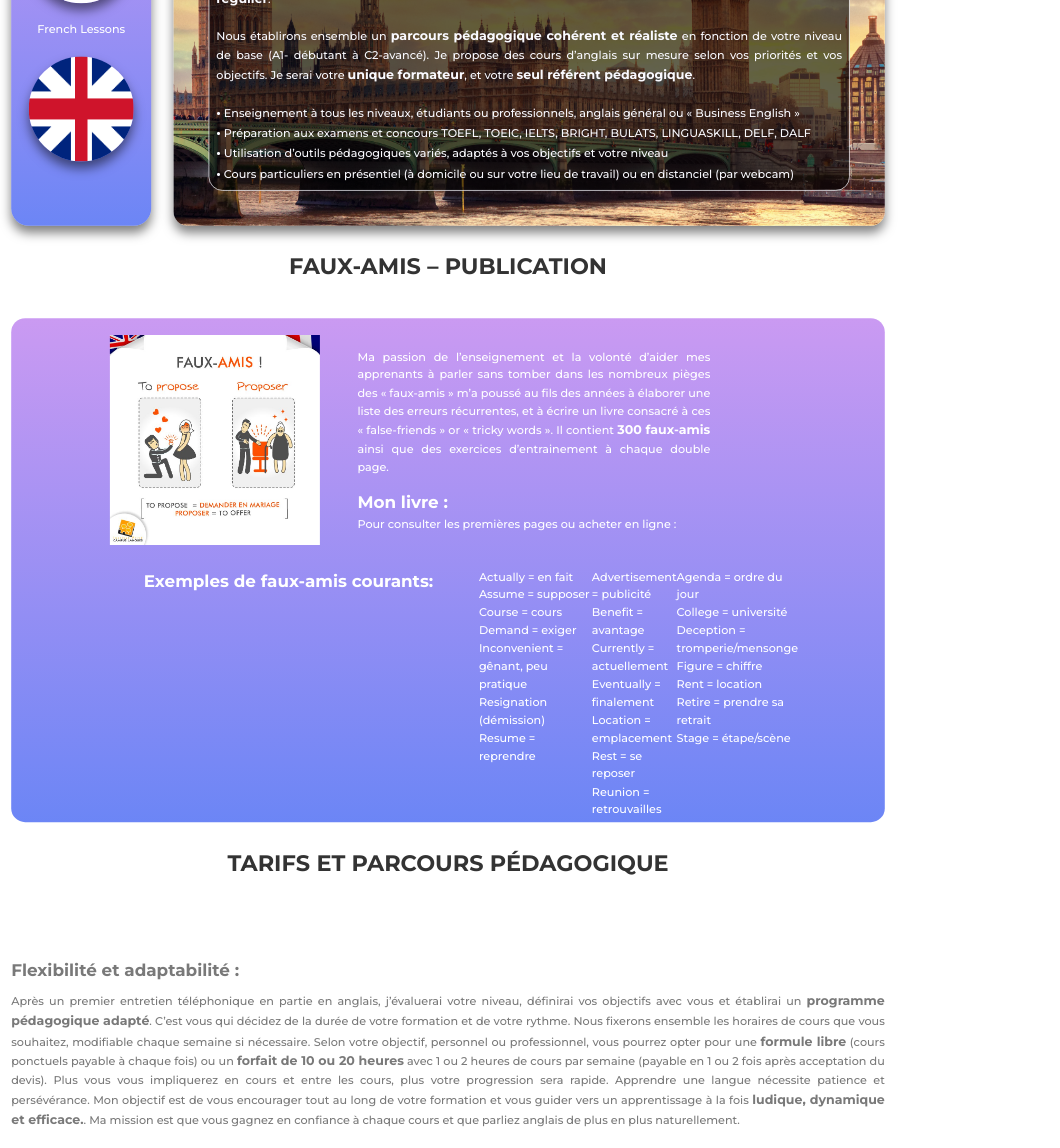
Repository: TheHikuro/FormAnglais
Page: www/index.html
These files come from the project's save history. The page is drawn as it stood at one moment and after the next save; the edit follows.
The browser window is 1280 px wide. The page is 1514 px wide, so the pictures cover 1514 px, including what lies to the right of the window. The pictures show the part of the page from y = 2251 to 3891 px (the page is 5116 px tall), at 70% of full size.
Some web libraries are served in a nearby version.

Above is the page before, as saved 2021-06-10 20:13:10.
Console error: TypeError: Cannot read properties of null (reading 'classList')

After the next save:
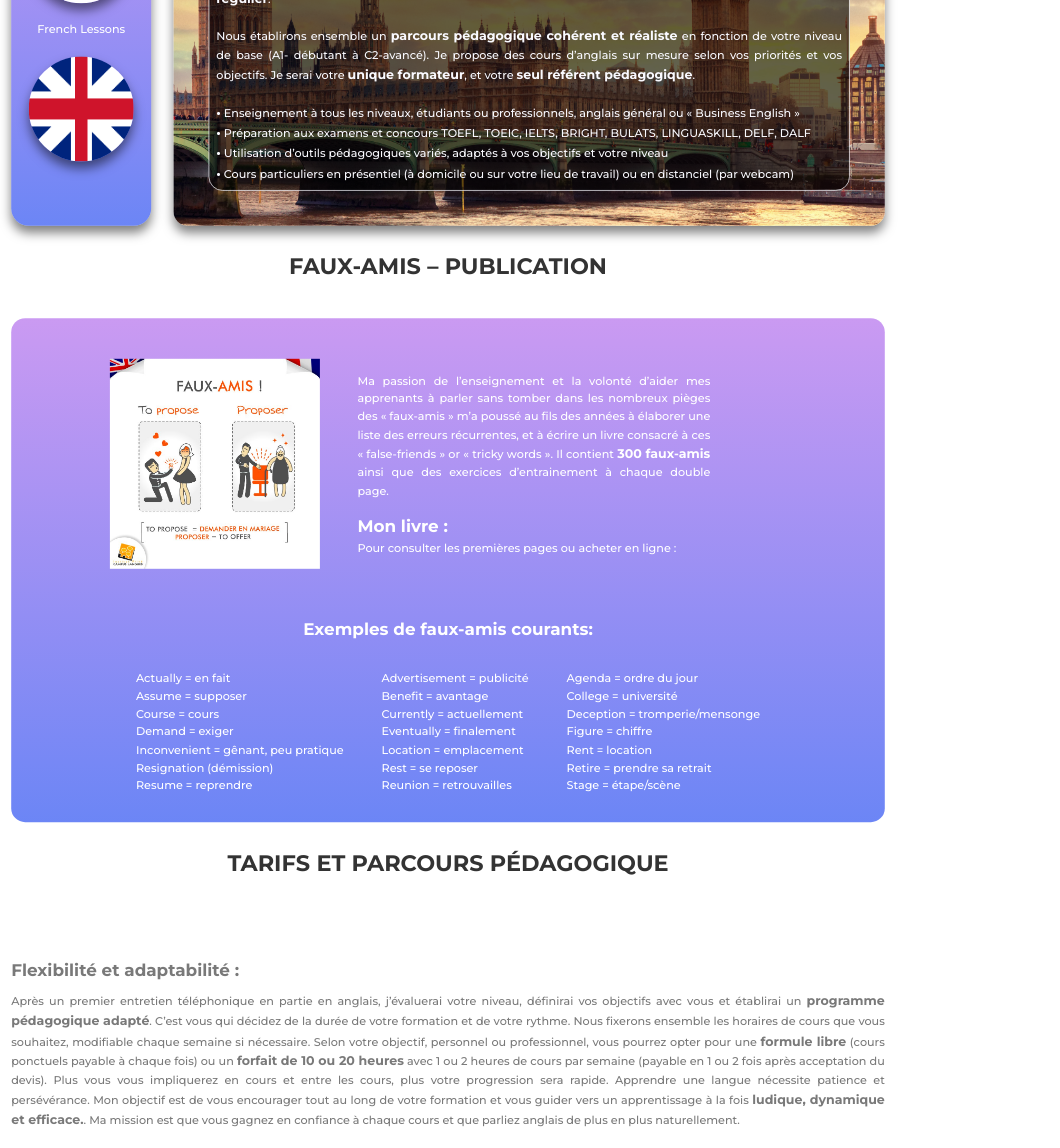
Saved 10 s later.
--- a/www/index.html
+++ b/www/index.html
@@ -147,8 +147,8 @@
                                 </div>
                             </div>
                         </div>
+                        <h2 id="fxA2">Exemples de faux-amis courants:</h2>
                         <div class="fxA2">
-                            <h2 id="fxA2">Exemples de faux-amis courants:</h2>
                             <div class="ex_fx">
                                 <p>Actually = en fait</p>
                                 <p>Assume = supposer</p>
